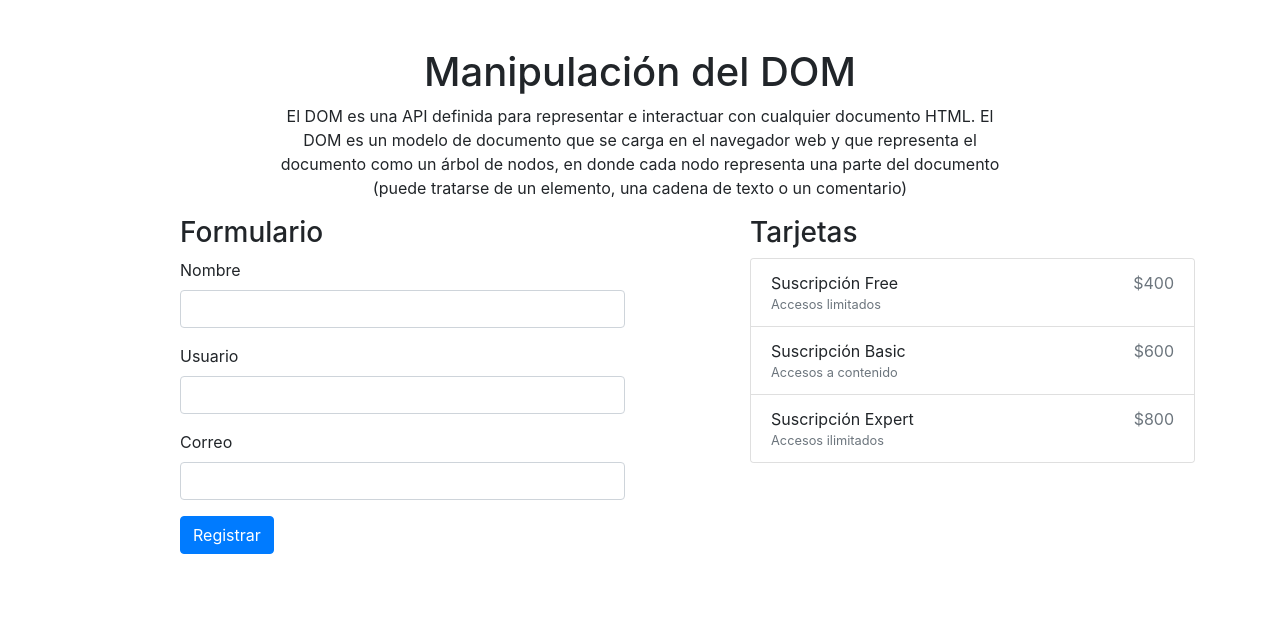
Repository: pedro-donoso/manipulacion-dom
Page: index.html
These files come from the project's save history. The page is drawn as it stood at one moment and after the next save; the edit follows.
The browser window is 1280 px wide. The pictures show the whole page.

Above is the page before, as saved 2024-02-05 21:39:41.

After the next save:
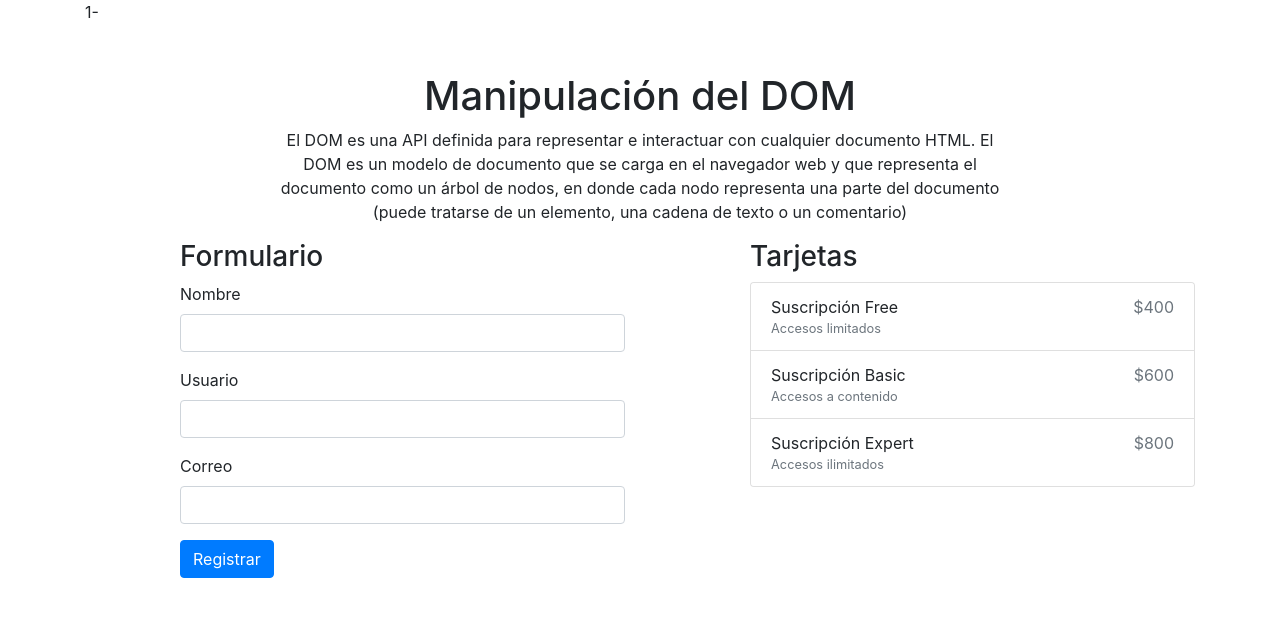
Saved 4 s later.
--- a/index.html
+++ b/index.html
@@ -16,7 +16,7 @@
 <body>
 
     <main class="container">
-
+        1-
         <div class="row mt-5 text-center">
             <div class="col-12 col-md-8 offset-md-2">
                 <h1>Manipulación del DOM</h1>
